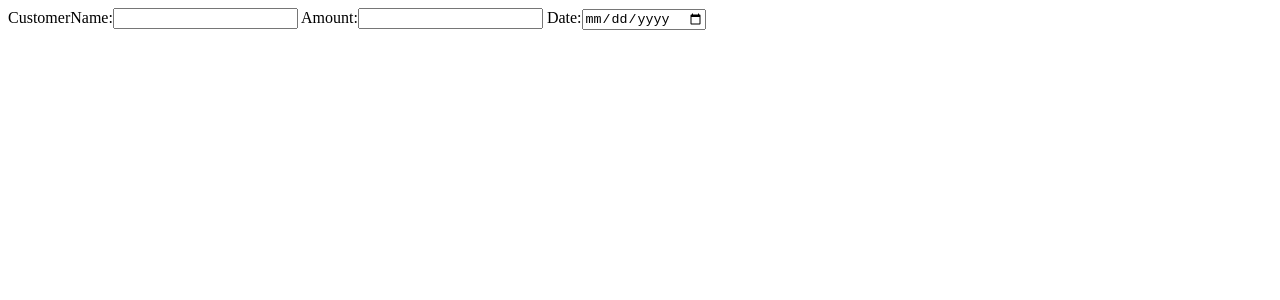
Repository: ramakrishnan1997/ram_javatraining
Page: test/src/main/webapp/add.html
These files come from the project's save history. The page is drawn as it stood at one moment and after the next save; the edit follows.
The browser window is 1280 px wide. The pictures show the whole page.

Above is the page before, as saved 2022-06-30 09:31:40.

### test/src/main/webapp/add.html
<!DOCTYPE html>
<html>
<head>
<meta charset="UTF-8">
<title>Insert title here</title>
</head>
<body>
<form action="">
CustomerName:<input type="text" name="customername">
Amount:<input type="text" name="customeramount">
Date:<input type="date" name="paymentdate">
</form>
</body>
</html>

After the next save:
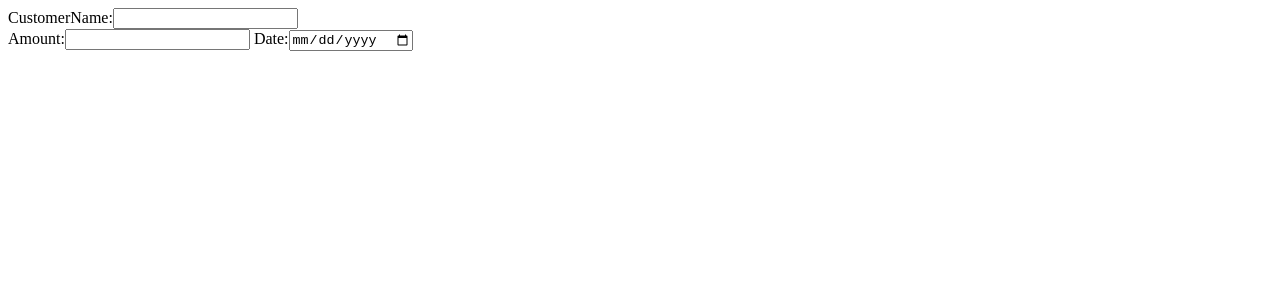
Saved 57 s later.
--- a/test/src/main/webapp/add.html
+++ b/test/src/main/webapp/add.html
@@ -6,7 +6,7 @@
 </head>
 <body>
 <form action="">
-CustomerName:<input type="text" name="customername">
+<div><label>CustomerName:<input type="text" name="customername"></label></div>
 Amount:<input type="text" name="customeramount">
 Date:<input type="date" name="paymentdate">
 </form>
